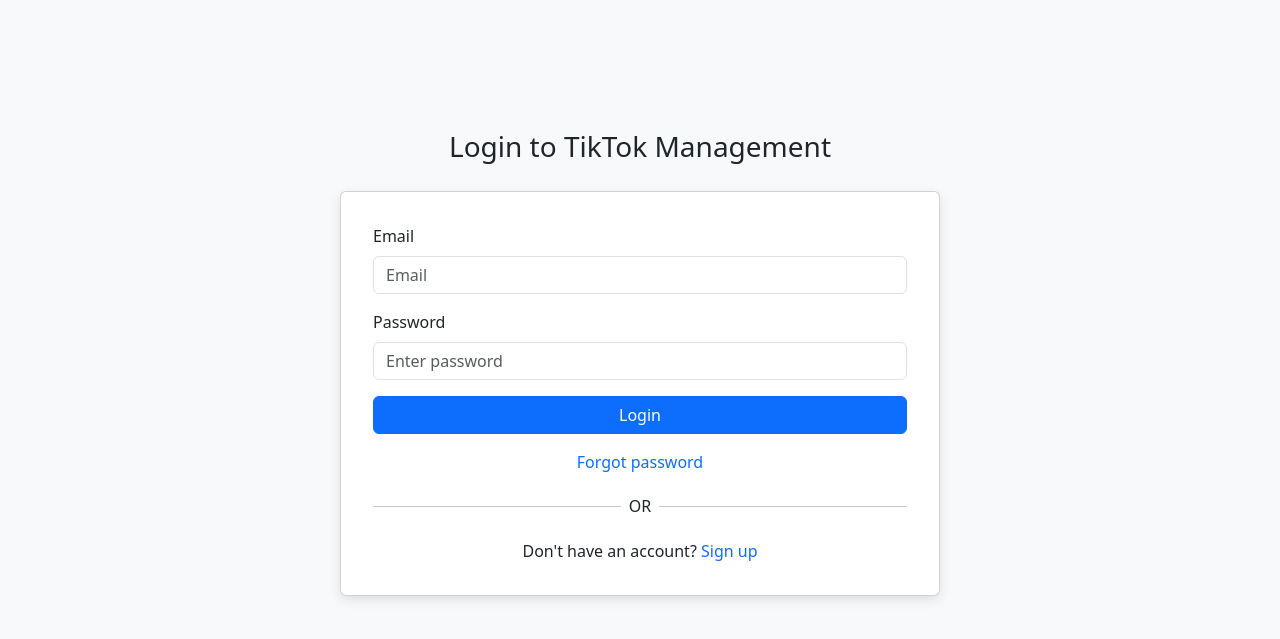
Repository: chaolaolo/tikcrm-fe
Page: /
The author's editor kept a copy of each file at every save. The page is drawn from the files as they stood at one save, then again after the next save.
The browser window is 1280 px wide. The pictures show the whole page.
The project was rebuilt for these pictures with package versions that can differ from the ones it lists, and the page was loaded fresh each time. Also part of the build but not shown: vite.config.ts, src/pages/Home/Settings.tsx, src/pages/Home/HomePage.tsx. Imported but missing from the stored project, and not drawn on this page: src/pages/Home/Dashboard, src/pages/Register/RegisterPage.

Above is the page before, as saved 2025-05-22 22:17:00.

### src/main.tsx
import React, { StrictMode } from 'react'
import ReactDOM from 'react-dom/client';
import { createRoot } from 'react-dom/client'
import './index.css'
import { BrowserRouter } from 'react-router-dom';
import { AuthProvider } from './store/AuthContext.tsx';
import App from './App.tsx'
import 'antd/dist/reset.css';
import 'bootstrap/dist/css/bootstrap.min.css';
import 'bootstrap/dist/js/bootstrap.bundle.min.js';

ReactDOM.createRoot(document.getElementById('root')!).render(
  <React.StrictMode>
    <AuthProvider>
      <BrowserRouter>
        <App />
      </BrowserRouter>
    </AuthProvider>
  </React.StrictMode>
)

### src/store/AuthContext.tsx
import React, { createContext, useContext, useState, type ReactNode } from 'react';

interface AuthContextProps {
  isLoggedIn: boolean;
  login: () => void;
  logout: () => void;
}

const AuthContext = createContext<AuthContextProps | undefined>(undefined);

export const AuthProvider = ({ children }: { children: ReactNode }) => {
  const [isLoggedIn, setIsLoggedIn] = useState(false);

  const login = () => setIsLoggedIn(true);
  const logout = () => setIsLoggedIn(false);

  return (
    <AuthContext.Provider value={{ isLoggedIn, login, logout }}>
      {children}
    </AuthContext.Provider>
  );
};

export const useAuth = () => {
  const context = useContext(AuthContext);
  if (!context) throw new Error('useAuth must be used within AuthProvider');
  return context;
};

### src/App.tsx
import { useState } from 'react'
import reactLogo from './assets/react.svg'
import viteLogo from '/vite.svg'
import './App.css'
import { useAuth } from './store/AuthContext';
import { Navigate, Route, Routes } from 'react-router-dom';
import LoginPage from './pages/Auth/LoginPage';
import RegisterPage from './pages/Register/RegisterPage';
import HomePage from './pages/Home/HomePage';
import 'bootstrap/dist/css/bootstrap.min.css';
import 'bootstrap/dist/js/bootstrap.bundle.min.js';
import 'antd/dist/reset.css'

const App = () => {
  const { isLoggedIn } = useAuth();

  return (
    <Routes>
      <Route path="/login" element={<LoginPage />} />
      <Route path="/register" element={<RegisterPage />} />
      <Route
        path="/home/*"
        element={isLoggedIn ? <HomePage /> : <Navigate to="/login" />}
      />
      <Route path="*" element={<Navigate to={isLoggedIn ? "/home" : "/login"} />} />
    </Routes>
  );
};

export default App;

### src/pages/Auth/LoginPage.tsx
import React from 'react';
import 'bootstrap/dist/css/bootstrap.min.css';

const LoginPage: React.FC = () => {
  return (
    <div style={{
      backgroundColor: '#f8f9fa', // Màu light của Bootstrap
      position: 'fixed',
      top: 0,
      left: 0,
      right: 0,
      bottom: 0,
      overflow: 'auto'
    }}>
      <div className="d-flex justify-content-center align-items-center min-vh-100 p-3">
        <div className="w-100" style={{ maxWidth: '600px' }}>
          <p className="text-center mb-4 fs-3">Login to TikTok Management</p>
          <div className="card p-8" style={{
            backgroundColor: 'white',
            boxShadow: '0 4px 12px rgba(0, 0, 0, 0.1)'
          }}>
            <form>
              <div className="mb-3 text-start">
                <label htmlFor="email" className="form-label">Email</label>
                <input
                  type="email"
                  className="form-control"
                  id="email"
                  placeholder="Email"
                />
              </div>

              <div className="mb-3 text-start">
                <label htmlFor="password" className="form-label">Password</label>
                <input
                  type="password"
                  className="form-control"
                  id="password"
                  placeholder="Enter password"
                />
              </div>

              <button type="submit" className="btn btn-primary w-100 mb-3">Login</button>

              <div className="text-center mb-3">
                <a href="#forgot-password" className="text-decoration-none">Forgot password</a>
              </div>

              <div className="d-flex align-items-center mb-3">
                <hr className="flex-grow-1" />
                <span className="px-2">OR</span>
                <hr className="flex-grow-1" />
              </div>

              <div className="text-center">
                <span>Don't have an account? </span>
                <a href="#signup" className="text-decoration-none">Sign up</a>
              </div>
            </form>
          </div>
        </div>
      </div>
    </div>
  );
};

export default LoginPage;

Loaded but not shown: index.html (common file); src/index.css (common file); src/App.css (common file)

After the next save:
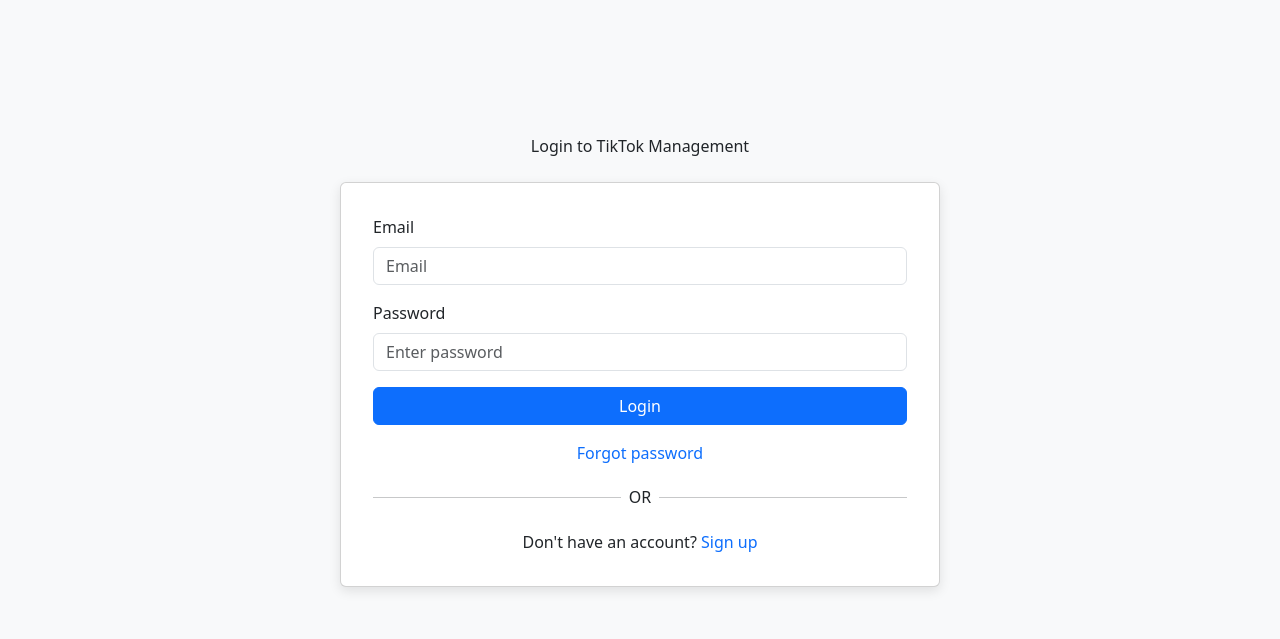
Saved 5 s later.
--- a/src/pages/Auth/LoginPage.tsx
+++ b/src/pages/Auth/LoginPage.tsx
@@ -14,7 +14,7 @@
     }}>
       <div className="d-flex justify-content-center align-items-center min-vh-100 p-3">
         <div className="w-100" style={{ maxWidth: '600px' }}>
-          <p className="text-center mb-4 fs-3">Login to TikTok Management</p>
+          <p className="text-center mb-4 fs-6">Login to TikTok Management</p>
           <div className="card p-8" style={{
             backgroundColor: 'white',
             boxShadow: '0 4px 12px rgba(0, 0, 0, 0.1)'
